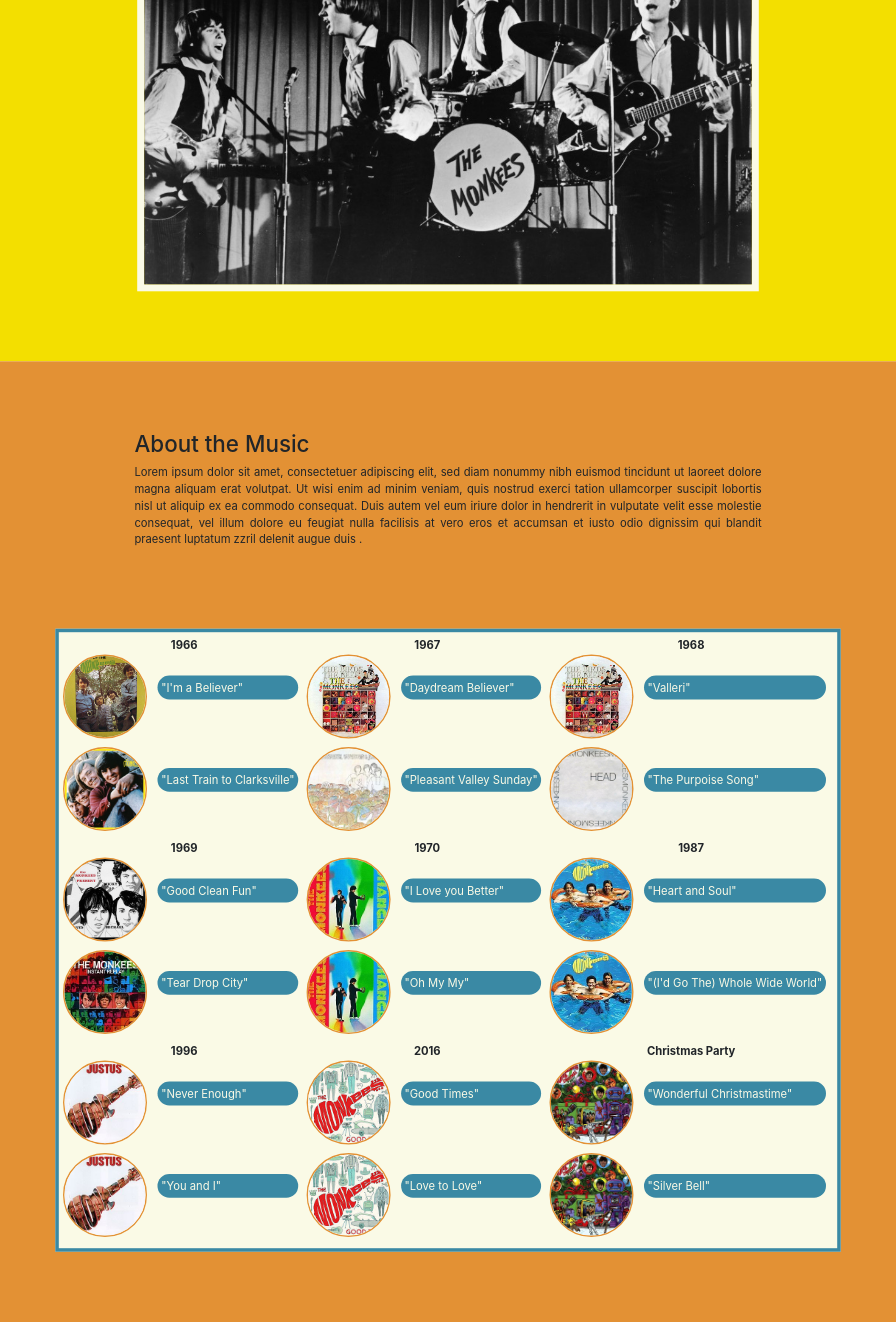
Repository: stu1612/Milestone-Project-Stu-Bolderson
Page: mock-header/mh.html
The author's editor kept a record of every edit. The page is drawn from the files as they stood at one moment, then again after the next edit.
The browser window is 1280 px wide. The pictures show the part of the page from y = 1463 to 3383 px (the page is 3351 px tall before and 3383 px after), at 70% of full size.
Some web libraries are served in a nearby version.

Above is the page before.

After the next edit:
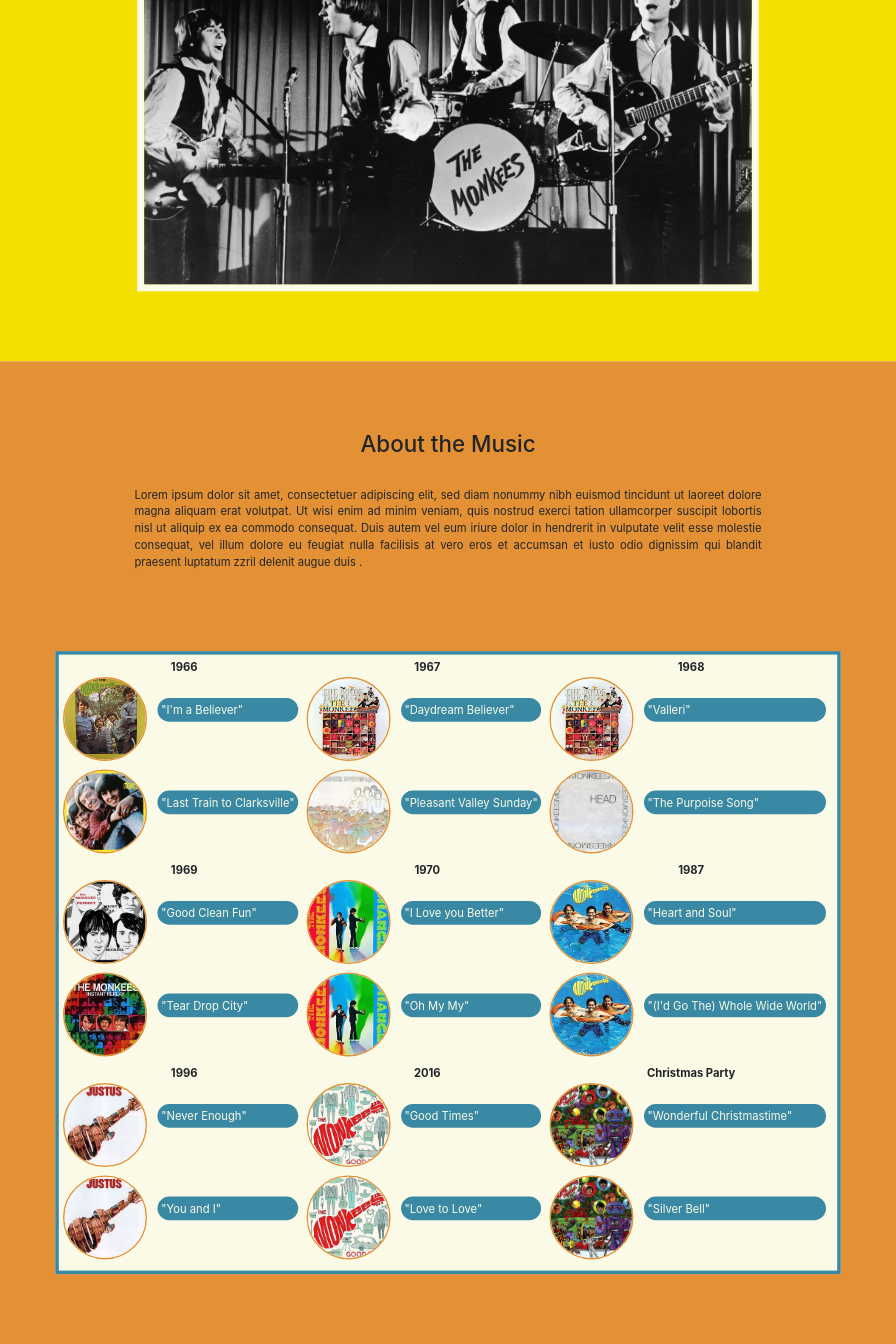
The edit:
--- a/mock-header/mhs.css
+++ b/mock-header/mhs.css
@@ -207,6 +207,11 @@
     margin-bottom:100px;
 }
 
+.music-table-text h2 {
+    text-align:center;
+    margin-bottom:40px;
+}
+
 .music-table {
     display:block;
     margin:auto;
